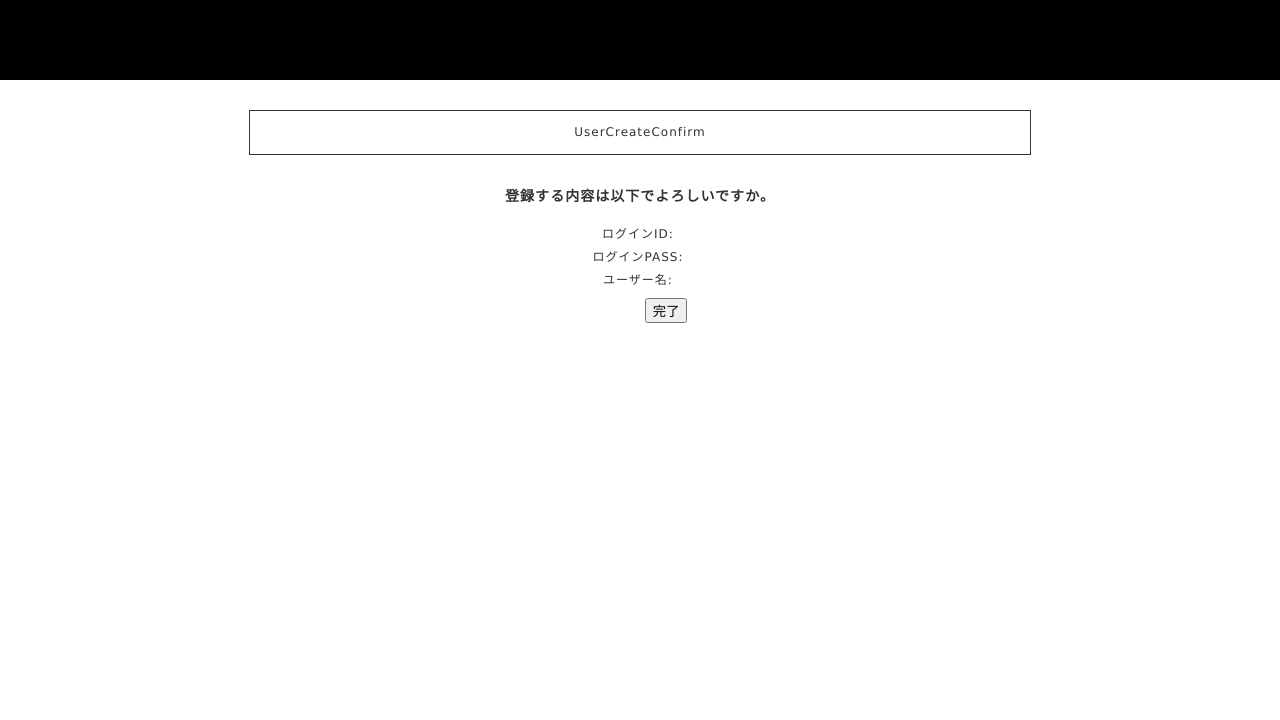
Repository: nyanya02/EC.Login1
Page: http://localhost/template/userCreateConfirm.jsp
These files come from the project's save history. The page is drawn as it stood at one moment and after the next save; the edit follows.
The browser window is 1280 px wide. The pictures show the whole page.
The page is served by Tomcat 9.

Above is the page before, as saved 2018-04-16 11:43:39.

After the next save:
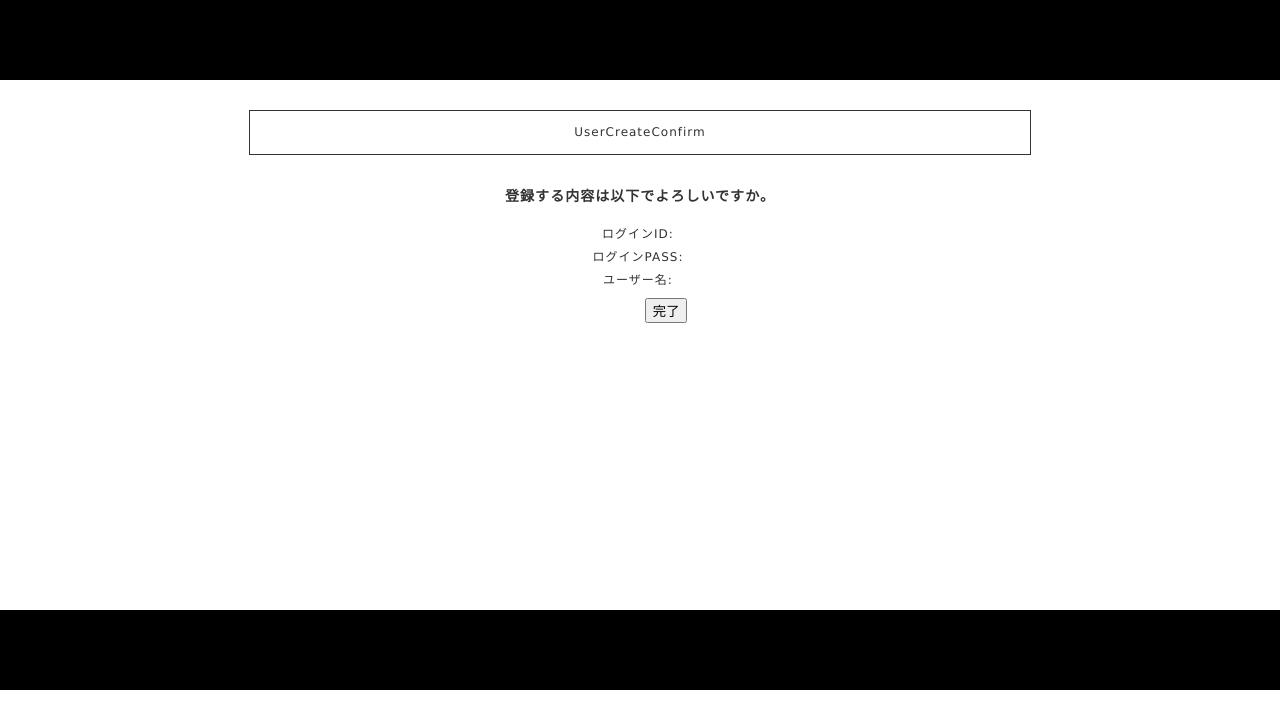
Saved 85 s later.
--- a/template/WebContent/userCreateConfirm.jsp
+++ b/template/WebContent/userCreateConfirm.jsp
@@ -104,5 +104,8 @@ clear:both;
 			</table>
 		</div>
 	</div>
+	<div id="footer">
+		<div id="pr"></div>
+	</div>
 </body>
 </html>
